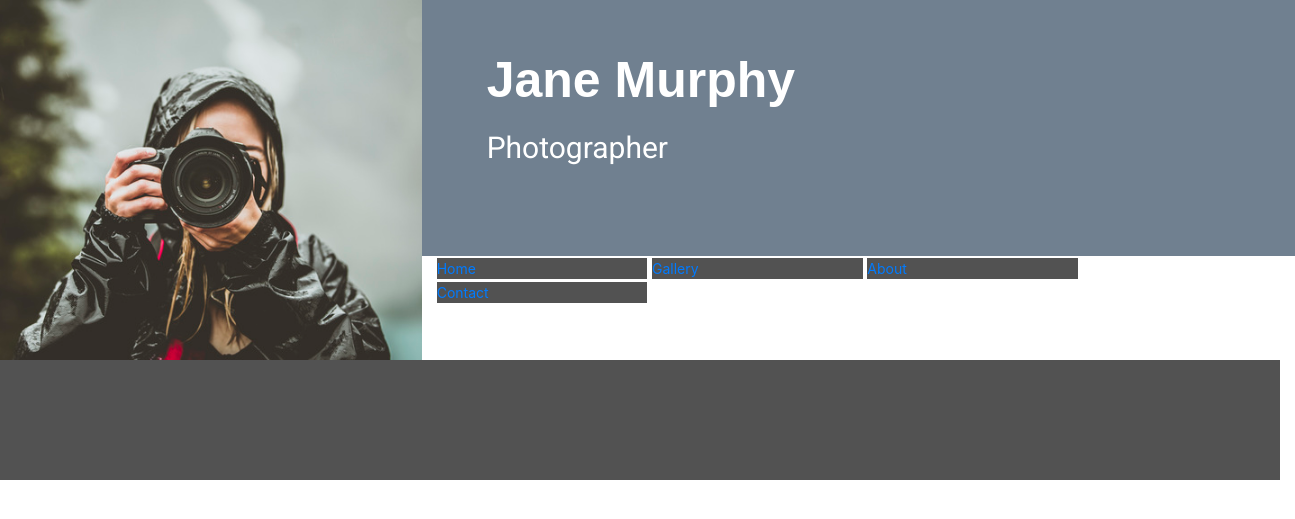
Repository: Code-Institute-Submissions/MrChrisRandall-milestone-1
Page: index.html
The author's editor kept a record of every edit. The page is drawn from the files as they stood at one moment, then again after the next edit.
The browser window is 1280 px wide. The page is 1295 px wide, so the pictures cover 1295 px, including what lies to the right of the window. The pictures show the whole page.

Above is the page before.

### index.html
<!DOCTYPE html>
<html lang="en">

<head>
    <meta charset="UTF-8">
    <meta name="viewport" content="width=device-width, initial-scale=1.0">
    <meta http-equiv="X-UA-Compatible" content="ie=edge">
    <link rel="stylesheet" href="https://stackpath.bootstrapcdn.com/bootstrap/4.3.1/css/bootstrap.min.css" type="text/css" />
    <link rel="stylesheet" href="https://stackpath.bootstrapcdn.com/font-awesome/4.7.0/css/font-awesome.min.css" type="text/css" />
    <link rel="stylesheet" href="https://cdnjs.cloudflare.com/ajax/libs/hover.css/2.3.1/css/hover-min.css" type="text/css" />
    <link rel="stylesheet" href="assets/css/style.css" type="text/css" />
    <title>Studio 21</title>
</head>

<body>
    <header>
        <div class="row">
            <a href="index.html" class="col-md-4 logo">

            </a>
            <div class="col-md-8">
                <div class="row bg-color-name-title">
                    <div class="col heading">
                        <h1 class="name">Jane Murphy</h1>
                        <h2 class="title">Photographer</h2>
                    </div>
                </div>
                <div class="row">
                    <div class="col">
                        <ul id="nav" class="list-inline">
                            <li class="col-2 col-sm-3 ui-menu-color-home list-inline-item">
                                <a href="#"><span>Home</span></a>
                            </li>
                            <li class="col-2 col-sm-3 ui-menu-color-gallery list-inline-item">
                                <a href="#"><span>Gallery</span></a>
                            </li>
                            <li class="col-2 col-sm-3 ui-menu-color-about list-inline-item">
                                <a href="#"><span>About</span></a>
                            </li>
                            <li class="col-2 col-sm-3 ui-menu-color-contact list-inline-item">
                                <a href="#"><span>Contact</span></a>
                            </li>
                        </ul>
                    </div>
                </div>

            </div>
        </div>

    </header>

    <section>

    </section>

    <footer>

    </footer>

</body>

</html>

### assets/css/style.css
@import url('https://fonts.googleapis.com/css?family=Roboto&display=swap:100,200,300,400,500,600,700|Exo:100,200,300,400,500,600,700');


/*--------------------------------------------------Colors*/

.bg-color-name-title {
    background-color: #708090;
}

.ui-menu-color-home {
    background-color: #525252;
}

.ui-menu-color-gallery {
    background-color: #525252;
}

.ui-menu-color-about {
    background-color: #525252;
}

.ui-menu-color-contact {
    background-color: #525252;
}

/*--------------------------------------------------Header*/

.header {
    margin: 0;
}

.heading {
    margin-left: 50px;
}

.logo {
    background: url(../images/pic.jpg);
    background-position: center;
    background-repeat: no-repeat;
    background-size: cover;
    min-height: 360px;
    transition: all .5s ease-in-out;
    -moz-transition: all .5s ease-in-out;
    -webkit-transition: all .5s ease-in-out;
}

.name {
    font-family: "Exo", sans-serif;
    font-weight: 600;
    font-size: 50px;
    margin-top: 50px;
    color: #fff;
}

.title {
    font-family: "Roboto", sans-serif;
    font-weight: 400;
    font-size: 30px;
    margin-top: 20px;
    margin-bottom: 90px;
    color: #fff;
}

.list-inline-item:not(:last-child) {
    margin: 0;
}

.menucontainer {
    font-size: 0;
}

#nav {
    margin: 0;
}

#nav li {
    font-size: 14px;
    padding: 0;
}

.menuitem {
    height: 120px;
    text-align: center;
    padding: 0;
}

.menuitem a {
    width: 100%;
    text-decoration: none;
    color: #fff;
    height: 120px;
}

.menuitem span {
    display: block;
    width: 100%;
    padding-top: 40px;
    text-align: center;
    text-transform: uppercase;
    font-size: 20px;
    font-weight: 600;
    letter-spacing: 2px;
}

/*--------------------------------------------------Footer*/

footer {
    background-color: #525252;
    color: #fafafa;
    min-height: 120px;
    margin: 0;
}

.cv-pdf i {
    font-size: 18px;
    color: #fafafa;
    text-align: center;
    padding-left: 5px;
    transition: all 0.35s ease-in-out;
    -moz-transition: all 0.35s ease-in-out;
    -webkit-transition: all 0.35s ease-in-out;
    -o-transition: all 0.35s ease-in-out;
}

.cv-pdf i:hover {
    color: #708090;
}

.social-links {
    padding-bottom: 15px;
}

.social-links li a i {
    width: 32px;
    height: 32px;
    padding: 12px 0;
    border-radius: 50%;
    font-size: 13px;
    line-height: 7px;
    text-align: center;
    color: #fafafa;
    background: #8f8f8f;
    transition: all 0.35s ease-in-out;
    -moz-transition: all 0.35s ease-in-out;
    -webkit-transition: all 0.35s ease-in-out;
    -o-transition: all 0.35s ease-in-out;
}

.social-links li a i:hover {
    background: #708090;
}

#footer-details {
    padding: 20px;
}

After the next edit:
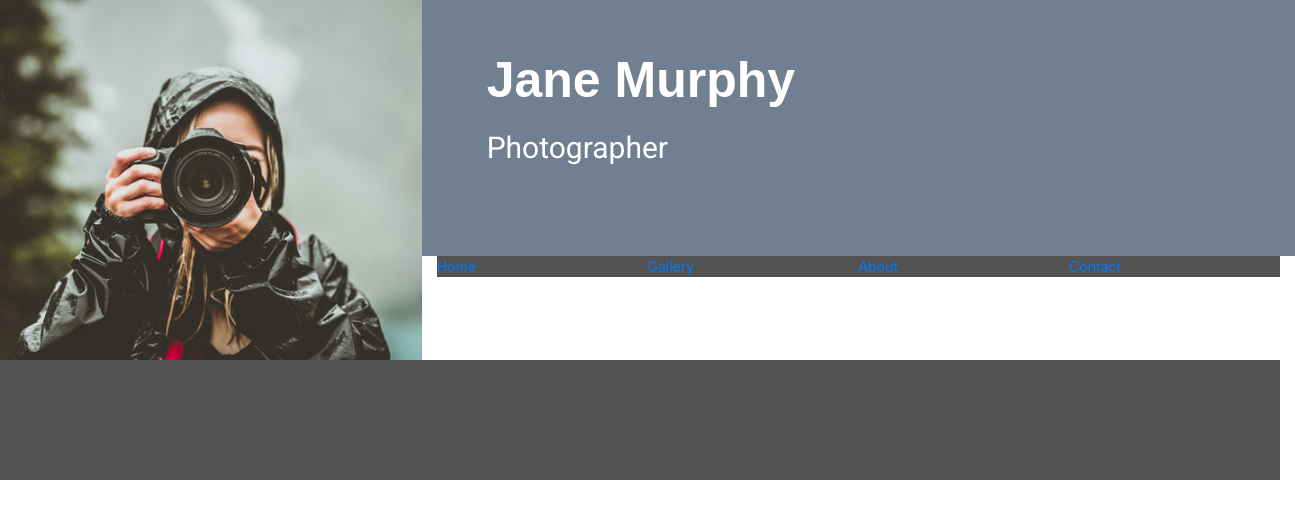
The edit:
--- a/index.html
+++ b/index.html
@@ -27,7 +27,7 @@
                 </div>
                 <div class="row">
                     <div class="col">
-                        <ul id="nav" class="list-inline">
+                        <ul id="nav" class="list-inline menucontainer">
                             <li class="col-2 col-sm-3 ui-menu-color-home list-inline-item">
                                 <a href="#"><span>Home</span></a>
                             </li>
